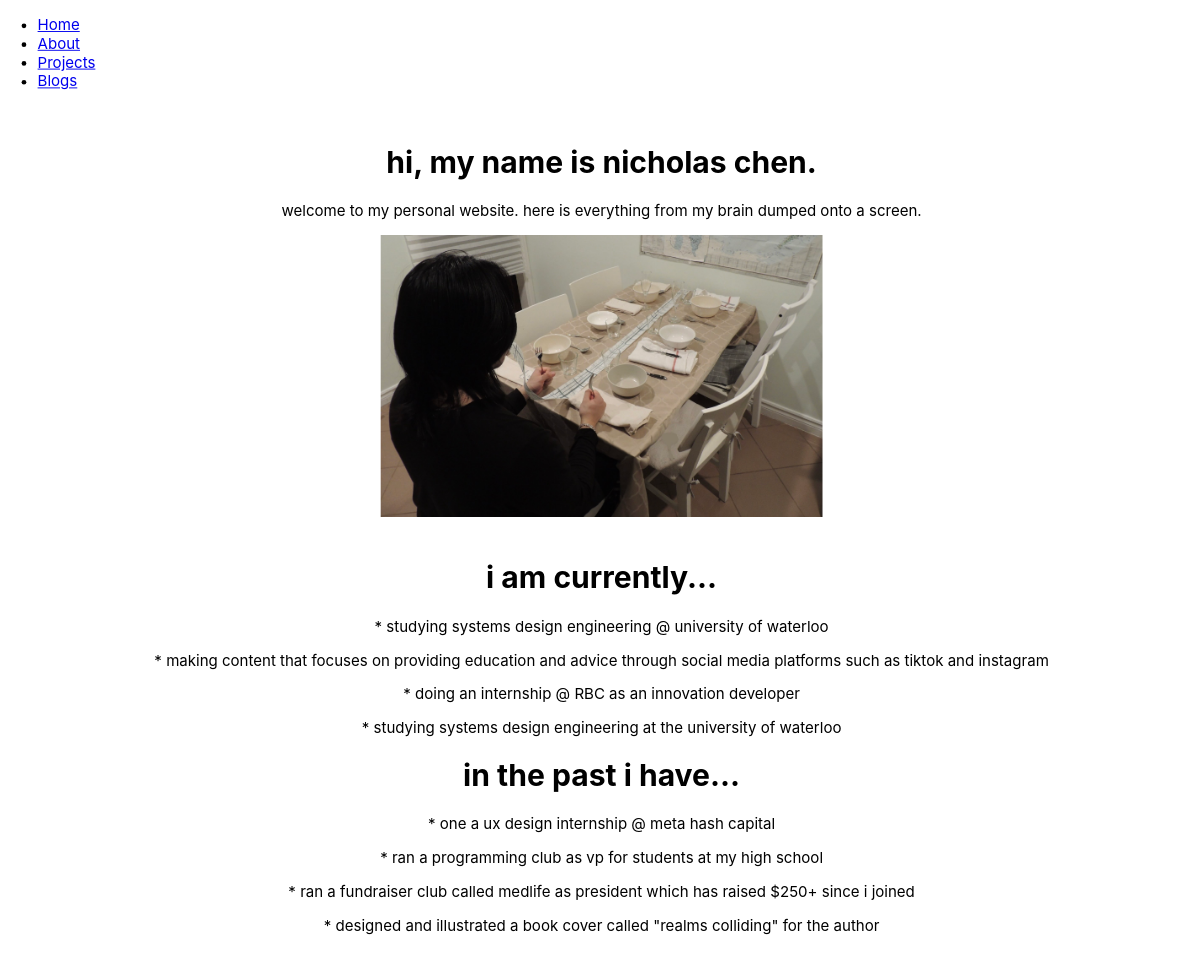
Repository: nicholaschen09/personalWebsite
Page: /
An editor plug-in stored every save of this project. The page is shown before and after the next save, followed by the edit.
The browser window is 1280 px wide. The pictures show the whole page, at 94% of full size.
The project was rebuilt for these pictures with package versions that can differ from the ones it lists, and the page was loaded fresh each time. Also part of the build but not shown: src/components/About.css, src/components/About.js, src/components/Projects.css, src/components/Projects.js, src/components/Blog.css, src/components/Blog.js, src/components/Miscellaneous.css, src/components/Miscellaneous.js and 4 more.

Above is the page before, as saved 2024-05-23 13:41:29.

### src/App.js
import React from 'react';
import { BrowserRouter as Router, Route, Routes, Link } from 'react-router-dom';
import About from './components/About.js';
import Home from './components/Home.js';
import Projects from './components/Projects.js';
import Blog from './components/Blog.js';
import Miscellaneous from './components/Miscellaneous.js';
import Design from './components/Design.js';
import Engineering from './components/Engineering.js';

function App() {
  return (
    <Router>
      <div>
        <nav>
          <ul>
            <li>
              <Link to="/">Home</Link>
            </li>
            <li>
              <Link to="/about">About</Link>
            </li>
            <li>
              <Link to="/projects">Projects</Link>
            </li>
            <li>
              <Link to="/blogs">Blogs</Link>
            </li>
          </ul>
        </nav>

        <Routes>
          <Route path="/about" element={<About />} />
          <Route path="/" element={<Home />} />
          <Route path="/projects" element={<Projects />} />
          <Route path="/blogs" element={<Blog />} />
          <Route path="/projects/miscellaneous" element={<Miscellaneous />} />
          <Route path="/projects/design" element={<Design />} />
          <Route path="/projects/engineering" element={<Engineering />} />
        </Routes>
      </div>
    </Router>
  );
}

export default App;

### src/components/Home.js
// src/components/Home/Home.js
import React from 'react';
import './Home.css';

const Home = () => {
    return (
        <div className="home">
            <h1>hi, my name is nicholas chen. </h1>
            <p>welcome to my personal website. here is everything from my brain dumped onto a screen.</p>
            <img src={process.env.PUBLIC_URL + '/DSCN3098_2.jpg'}alt="DinnerImage" className="DinnerImage" />

            <h1> i am currently...</h1>
            <p> * studying systems design engineering @ university of waterloo</p>
            <p> * making content that focuses on providing education and advice through social media platforms such as tiktok and instagram</p>
            <p> * doing an internship @ RBC as an innovation developer</p>
            <p> * studying systems design engineering at the university of waterloo</p>

            <h1>in the past i have...</h1>
            <p>* one a ux design internship @ meta hash capital </p>
            <p>* ran a programming club as vp for students at my high school </p>
            <p>* ran a fundraiser club called medlife as president which has raised $250+ since i joined </p>
            <p>* designed and illustrated a book cover called "realms colliding" for the author</p>
        </div>
        );



    };
         <div className="column">
         <h1>work experience</h1>
         </div>


export default Home;

### src/components/Home.css
/* src/components/Home/Home.css */
.home {
    text-align: center;
    padding: 20px;
}
.DinnerImage {
    width: 470px;
    height: 300px;
    margin-bottom: 20px;
}
.column {
    display: flex;
    justify-content: space-between;
    margin-top: 20px;
}

Loaded but not shown: public/index.html (common file); src/index.js (common file); src/index.css (common file); src/reportWebVitals.js (common file)

After the next save:
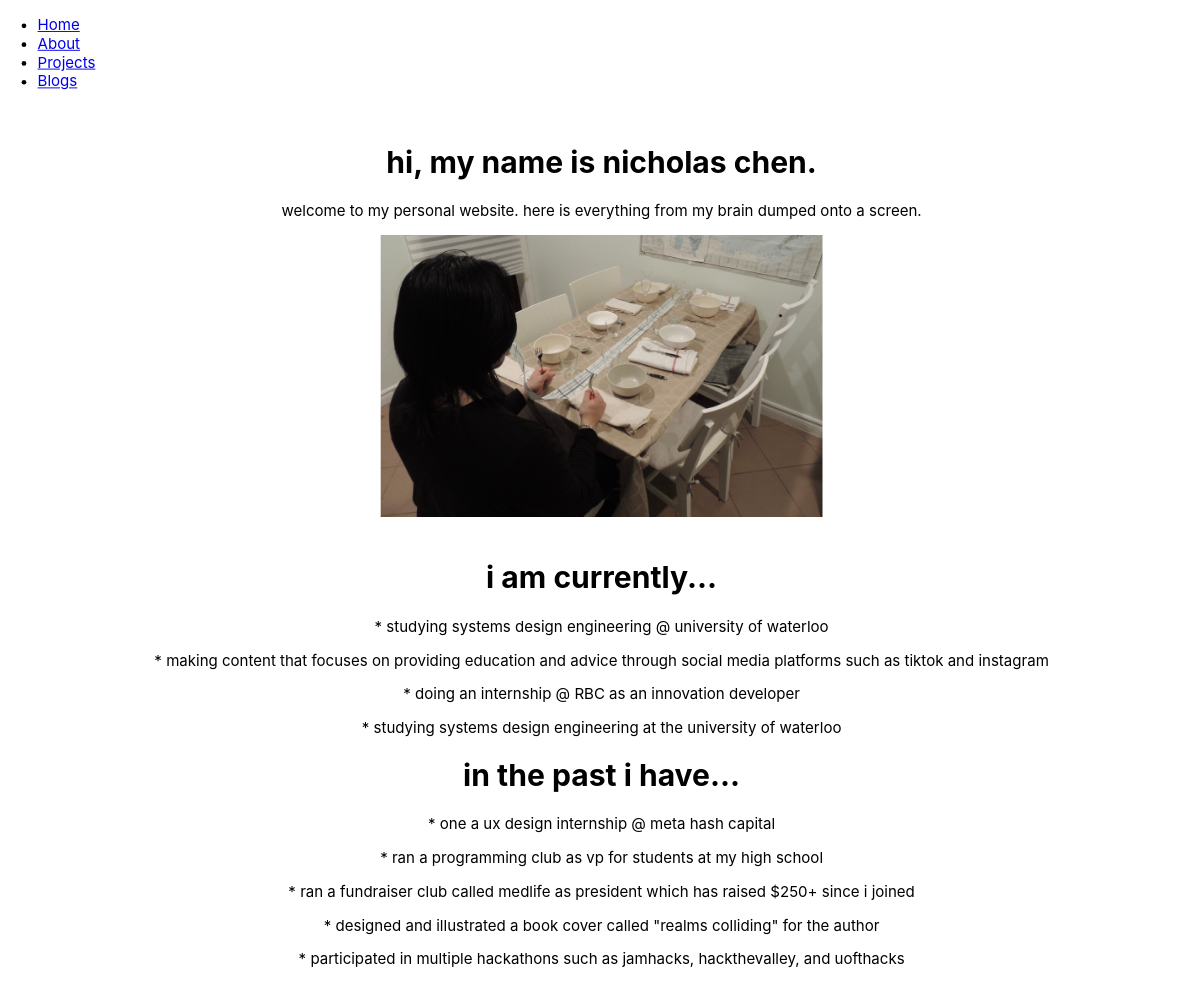
Saved 37 s later.
--- a/src/components/Home.js
+++ b/src/components/Home.js
@@ -20,6 +20,7 @@ const Home = () => {
             <p>* ran a programming club as vp for students at my high school </p>
             <p>* ran a fundraiser club called medlife as president which has raised $250+ since i joined </p>
             <p>* designed and illustrated a book cover called "realms colliding" for the author</p>
+            <p>* participated in multiple hackathons such as jamhacks, hackthevalley, and uofthacks </p>
         </div>
         );
 
